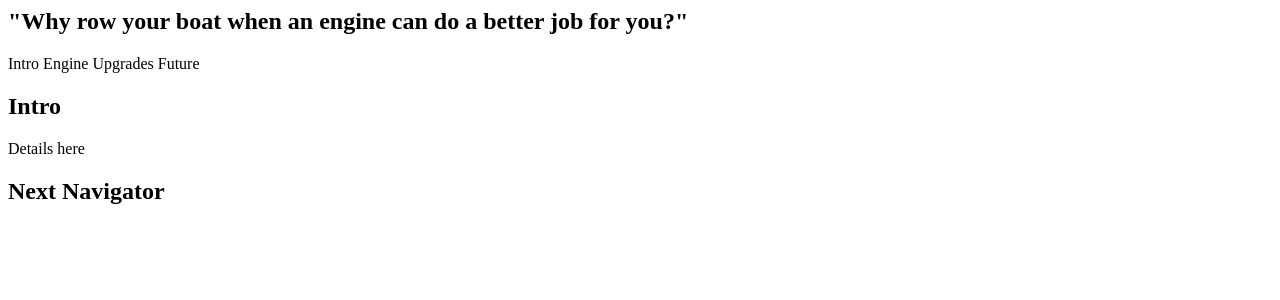
Repository: DevZubair/ionic-test
Page: www/templates/engines.html
The author's editor kept a record of every edit. The page is drawn from the files as they stood at one moment, then again after the next edit.
The browser window is 1280 px wide. The pictures show the whole page.

Above is the page before.

After the next edit:
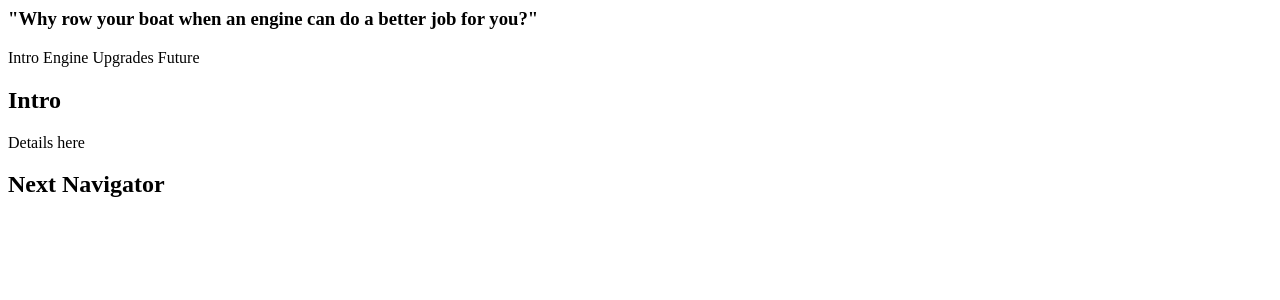
The edit:
--- a/www/templates/engines.html
+++ b/www/templates/engines.html
@@ -1,7 +1,7 @@
 <ion-view view-title="Start Your Engines!">
   <ion-content>
-    <div class="pane">
-      <h2>"Why row your boat when an engine can do a better job for you?"</h2>
+    <div class="intro">
+      <H3>"Why row your boat when an engine can do a better job for you?"</h3>
     </div>
     <div class="button-bar button-assertive button-inset">
       <a class="button">Intro</a>
